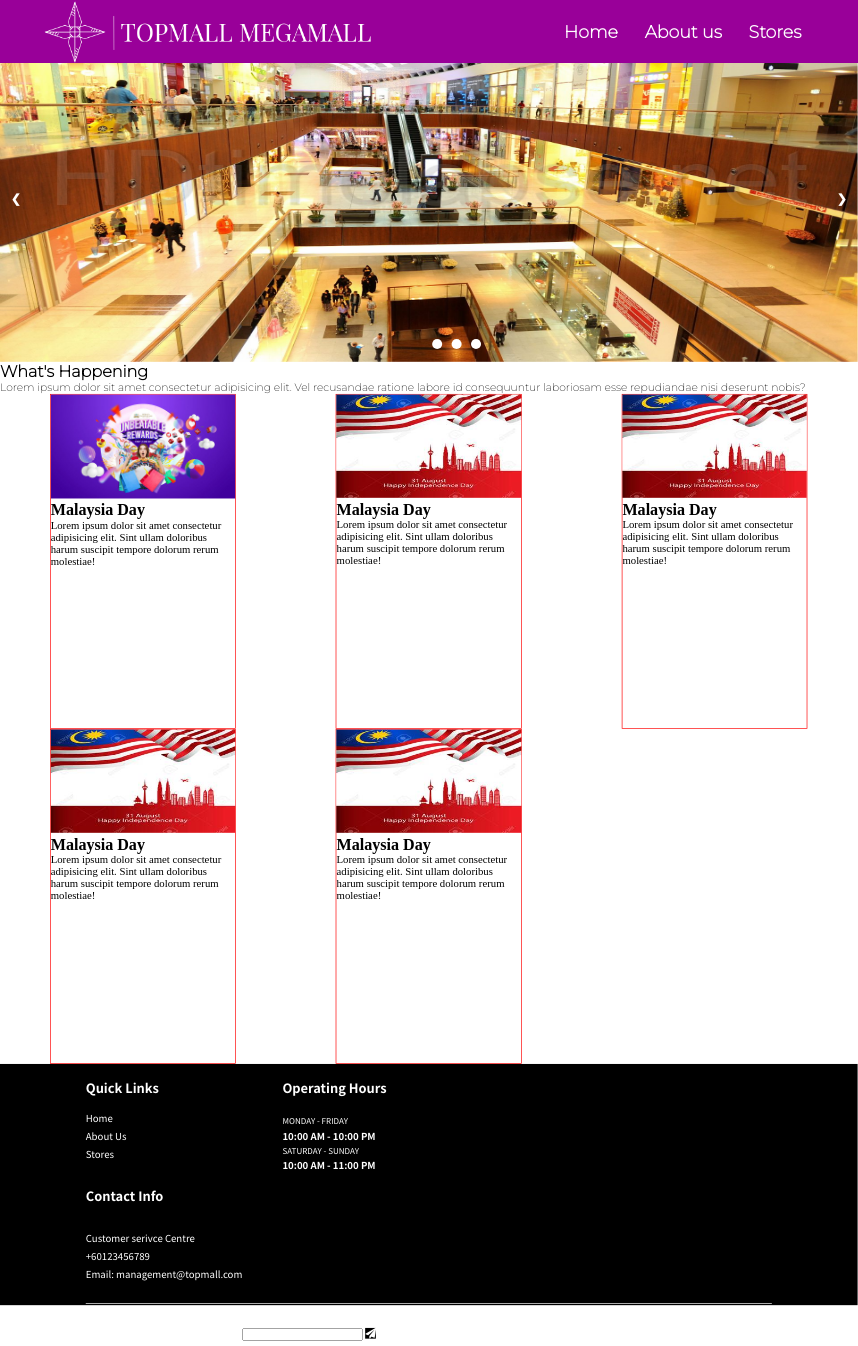
Repository: Jack0Bong/Web-Dev-Assignment
Page: index.html
These files come from the project's save history. The page is drawn as it stood at one moment and after the next save; the edit follows.
The browser window is 1280 px wide. The pictures show the whole page, at 67% of full size.

Above is the page before, as saved 2021-09-02 01:45:43.

After the next save:
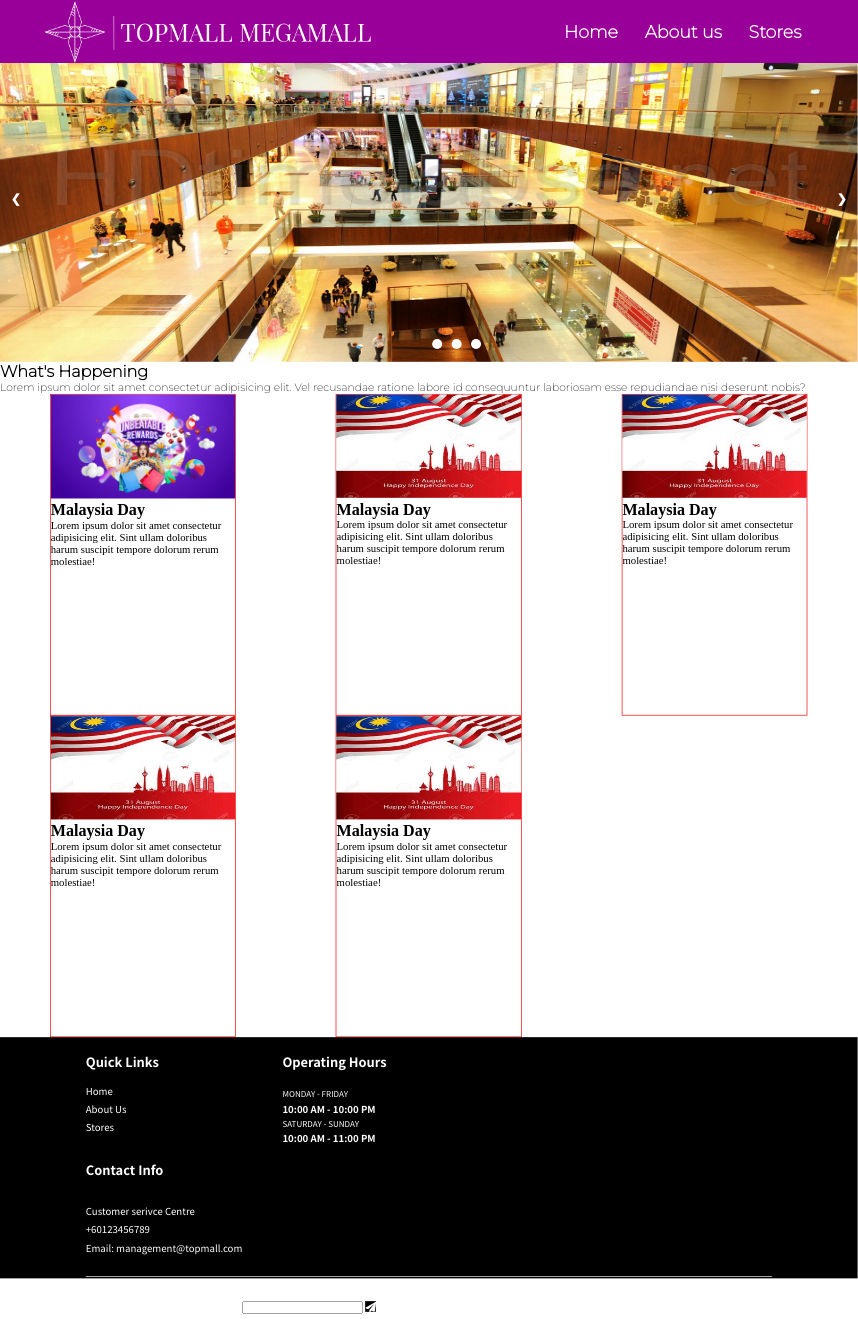
Saved 2 min 9 s later.
--- a/css/index.css
+++ b/css/index.css
@@ -96,7 +96,7 @@ to {opacity: 1}
 .card{
     margin: auto;
     width: 65%;
-    min-height: 500px;
+    min-height: 480px;
     border: 1px solid red;
 }
 
